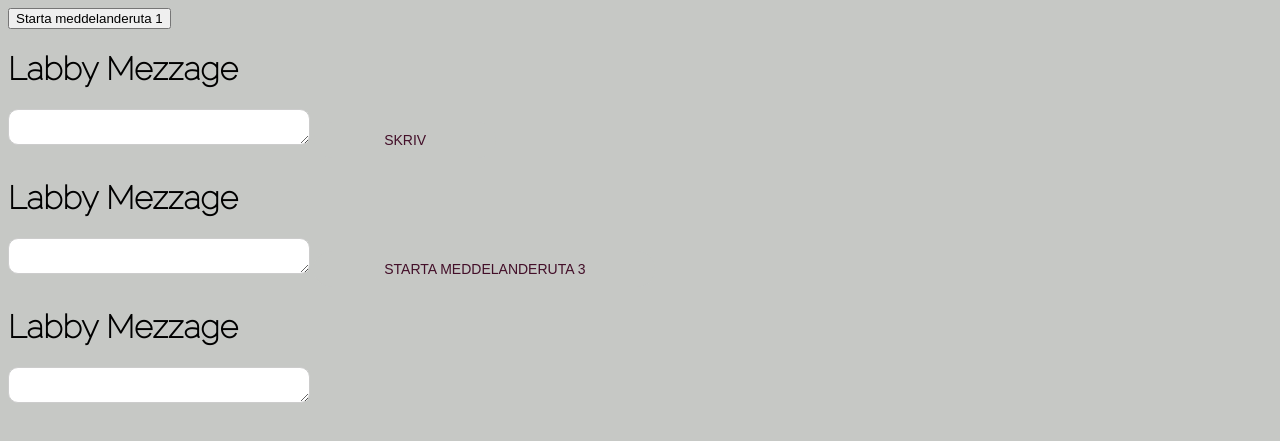
Repository: Angamanga/1dv403-laborationer
Page: 2-labbymezzage/index.html
The author's editor kept a record of every edit. The page is drawn from the files as they stood at one moment, then again after the next edit.
The browser window is 1280 px wide. The pictures show the whole page.
Some web fonts or font styles are not loaded; a fallback is used.

Above is the page before.

### 2-labbymezzage/index.html
<!doctype html>
<html lang="sv">

<head>
    <meta charset="utf-8" />
    <title>Labby mezzage</title>
    <link href='//fonts.googleapis.com/css?family=Londrina+Outline|Raleway:100' rel='stylesheet' type='text/css'>
    <link rel="stylesheet" media="screen and (min-width:501px)" href="css/style.css">
    <link rel="stylesheet" media="screen and (max-width:500px)" href="css/mobile.css">
    <meta name="viewport" content="width=device-width, minimum-scale=1">

    <script src="js/message.js"></script>
    <script src="js/script.js"></script>
    <title>Webbteknik 1, Laboration 2</title>
</head>

<body>



    <main>
                  <input id="start" type="submit" class="startBoard1" value="Starta meddelanderuta 1" />
            <div class="board1">
            <header>
                <h1>Labby Mezzage</h1>
            </header>
            <div class="container"></div>
            <p class="counter"></p>
            <textarea class="messageInput"></textarea>
            <input type="submit" class="submitMessage" value="Skriv" />
        </div>
        <div class="board2">
            <header>
                <h1>Labby Mezzage</h1>
            </header>
            <div class="container"></div>
            <p class="counter"></p>
            <textarea class="messageInput"></textarea>
            <input type="submit" class="submitMessage" value="Starta meddelanderuta 3" />
        </div>
        <div class="board3">
            <header>
                <h1>Labby Mezzage</h1>
            </header>
            <div class="container"></div>
            <p class="counter"></p>
            <textarea class="messageInput"></textarea>
            <input type="submit" class="submitMessage" value="Starta meddelanderuta 4 />

        </div>

    </main>

    <footer>
    </footer>
    </div>
</body>

</html>

### 2-labbymezzage/css/style.css
/*@media screen and (min-width: 501px)*/
body {
    background: #C6C8C5;
    color: black;
    font-family: 'Raleway', sans-serif;
}

.board {
    width: 300px;
    margin: 0 auto;
    text-align: center;
     margin: 0 auto;
    background: #787878;
    border: 1px solid #ccc;
    -moz-border-radius: 10px;
    -webkit-border-radius: 10px;
    border-radius: 10px;
    padding: 4px 7px;
    outline: 0;
    -webkit-appearance: none;
}
.board h1{
   font-family: 'Londrina Outline', cursive;
}

.messageInput {
    width:290px;
    border: 1px solid #ccc;
    -moz-border-radius: 10px;
    -webkit-border-radius: 10px;
    border-radius: 10px;
    outline: 0;
    padding-left:5px;
    padding-right:5px;
    -webkit-appearance: none;
}
.messageInput:focus {
    border-color: #430F29;
}
.messages{
    position:relative;
    width:290px;
    min-height:30px;
     border: 1px #C6C8C5;
     background:white;
    -moz-border-radius: 10px;
    -webkit-border-radius: 10px;
    border-radius: 10px;
    margin:3px;
    outline: 0;
    -webkit-appearance: none;
    font-size:0.6em;
       }

.text {
text-align:left;
padding:0 30px 0 6px;
margin:0 4px 0 4px;
}
.time{
text-align:right;
padding:0 6px 6px 0;

}

.showDate{
    position:absolute;
    right:6px;
    top:6px;

}

.submitDelete{
position:absolute;
    right:20px;
    top:6px;

}
.counter{
    font-size:0.7em;
    padding:0;
    margin:0 0 0 185px;

}
.submitMessage{
background:#C6C8C5;
color:#430F29;
text-shadow:none;
border-radius:200px;
font-size:14px;
padding:10px 70px;
text-transform:uppercase;
border:0;
box-shadow: none;
text-shadow:none;

}
.submitMessage:hover{
    background:#4F504F;
}

### 2-labbymezzage/js/message.js
"use strict";

function Message(message, date){

	this.getText = function(){
		return message;
	}
	this.setText = function(_text){
		message = _text;
	}

	this.getDate = function(){
		return date;
	}
	this.setDate = function(_date){
		date = _date
	}
}

Message.prototype.toString = function() {
	return this.getText() + " (" + this.getDate() + " )";
};

Message.prototype.getHTMLtext = function() {
			return this.getText().replace(/\n/g, " <br> ");
};

### 2-labbymezzage/js/script.js
"use strict";

window.onload = function() {
      //variabler som ska anvandas av flera funktioner
    var p = document.querySelector(".counter");
    var messageInput = document.querySelector(".messageInput");
    var submitMessage = document.querySelector(".submitMessage");
    var messages = document.querySelector(".messages");

    var MessageBoard = {
        messages: [],
        init: function() {
            var message = new Message();
            },
        removeMessage: function(i){
        MessageBoard.messages.splice(i,1);
            },
          renderMessage: function(messageID){
            //skapar div for ett meddelande med classname "messContainer"
            var container = document.querySelector(".container");
            var messContainer = document.createElement("div");
            messContainer.className = "messages";
            container.appendChild(messContainer);
            //skapar en p-tagg som ska innahalla texten
            var textP = document.createElement("p");
            textP.setAttribute("class","text");
            messContainer.appendChild(textP);
            textP.innerHTML = MessageBoard.messages[messageID].getHTMLtext();
            //skapar en p-tagg som ska innehalla tiden
            var timeP = document.createElement("p");
            timeP.setAttribute("class","time");
            messContainer.appendChild(timeP);
            timeP.innerHTML = MessageBoard.messages[messageID].getDate().toLocaleTimeString();
            //Skapar en lank och lagger till en bild som ska visa datum som en alertbox da man klickar pa bilden
            var linkTime=document.createElement("a");
            linkTime.setAttribute("src", "#");
            var img1 = document.createElement("img");
            img1.setAttribute("class","showDate");
            img1.setAttribute("src","pics/14.png");
            img1.setAttribute("alt","visa tid");
            messContainer.appendChild(linkTime);
            linkTime.appendChild(img1);
            var alertTime=MessageBoard.messages[messageID].getDate();
            img1.onclick = function(){
            alert("Inlagget skapades den: " + alertTime);
              };
            //gor en lank och lagger till en bild som ska radera meddelandet om man klickar pa bilden
            var linkDelete=document.createElement("a");
            linkDelete.setAttribute("src", "#");
            var img2 = document.createElement("img");
            img2.setAttribute("class","submitDelete");
            img2.setAttribute("src","pics/12.png");
            img2.setAttribute("alt","radera meddelande");
            messContainer.appendChild(linkDelete);
            linkDelete.appendChild(img2);
            //funktion som raderar meddelande
            img2.onclick = function(messageID){
               var a=window.confirm("VIll du verkligen radera meddelandet?");
                    if(a===true){
                MessageBoard.removeMessage(messageID);
                MessageBoard.renderMessages();
                p.innerHTML = "Antal meddelanden: " + MessageBoard.messages.length;
                    }
                };
            },
             renderMessages: function(){
                document.querySelector(".container").innerHTML="";
                for(var i=0;i<MessageBoard.messages.length;++i){
                    MessageBoard.renderMessage(i);
                }
            }
        };

    //funktion som skapar ett meddelande fran den inmatade texten samt haller reda pa hur manga meddelanden som skrivits
function submit(){
        var txt = messageInput.value;
        var dte = new Date();
        var msg = new Message(txt, dte);
        MessageBoard.messages.push(msg);
        p.innerHTML = "Antal meddelanden: " + MessageBoard.messages.length;
        MessageBoard.renderMessages();
        messageInput.value="";

}

//skapar ett meddelande da anvandaren trycker pa skriv
  submitMessage.addEventListener("click", function(e) {
       submit();
      });
//skapar ett meddelande da anvandaren trycker enter och radbrytning da anvandaren trycker shift-enter
 messageInput.onkeypress = function(e, messageID){
       if(e.keyCode == 13 && !e.shiftKey){
         submit();
       }
};
};

### 2-labbymezzage/css/mobile.css
/*@media screen and (max-width: 500px)*/
/*@media screen and (min-width: 501px)*/
body {
    background: #C6C8C5;
    color: black;
    font-family: 'Raleway', sans-serif;
}

.board {
    width: 300px;
    margin: 0 auto;
    text-align: center;
    line-height: 1.8em;
    margin: 0 auto;
    background: #787878;
    border: 1px solid #ccc;
    -moz-border-radius: 10px;
    -webkit-border-radius: 10px;
    border-radius: 10px;
    padding: 4px 7px;
    outline: 0;
    -webkit-appearance: none;
}
.board h1{
   font-family: 'Londrina Outline', cursive;
}

.messageInput {
    width:290px;
    border: 1px solid #ccc;
    -moz-border-radius: 10px;
    -webkit-border-radius: 10px;
    border-radius: 10px;
     outline: 0;
    -webkit-appearance: none;
}
.messageInput:focus {
    border-color: #430F29;
}
.messages{
    width:290px;
     border: 1px #C6C8C5;
     background:white;
    -moz-border-radius: 10px;
    -webkit-border-radius: 10px;
    border-radius: 10px;
    margin:3px;
    outline: 0;
    -webkit-appearance: none;
    font-size:0.9em;
       }

.text {
float:left;
padding:0 4px 0 4px;
margin:0 4px 0 4px;
}
.time{
    float:right;
   padding:0 4px 0 4px;
margin:0 4px 0 4px;
}
a{

    display:inline-block;
}

.counter{
    font-size:0.7em;
    padding:0;
    margin:0 0 0 185px;

}
.submitMessage, submit{
background:#C6C8C5;
color:#430F29;
text-shadow:none;
border-radius:200px;
font-size:14px;
padding:10px 70px;
text-transform:uppercase;
border:0;
box-shadow: none;
text-shadow:none;

}

After the next edit:
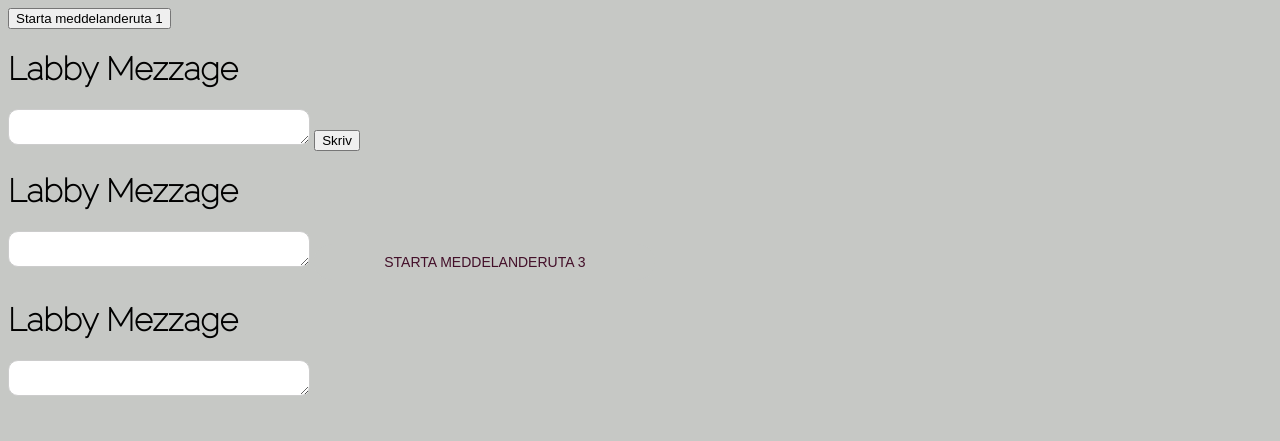
The edit:
--- a/2-labbymezzage/index.html
+++ b/2-labbymezzage/index.html
@@ -27,7 +27,7 @@
             <div class="container"></div>
             <p class="counter"></p>
             <textarea class="messageInput"></textarea>
-            <input type="submit" class="submitMessage" value="Skriv" />
+            <input type="submit" class="submitMessage1" value="Skriv" />
         </div>
         <div class="board2">
             <header>
